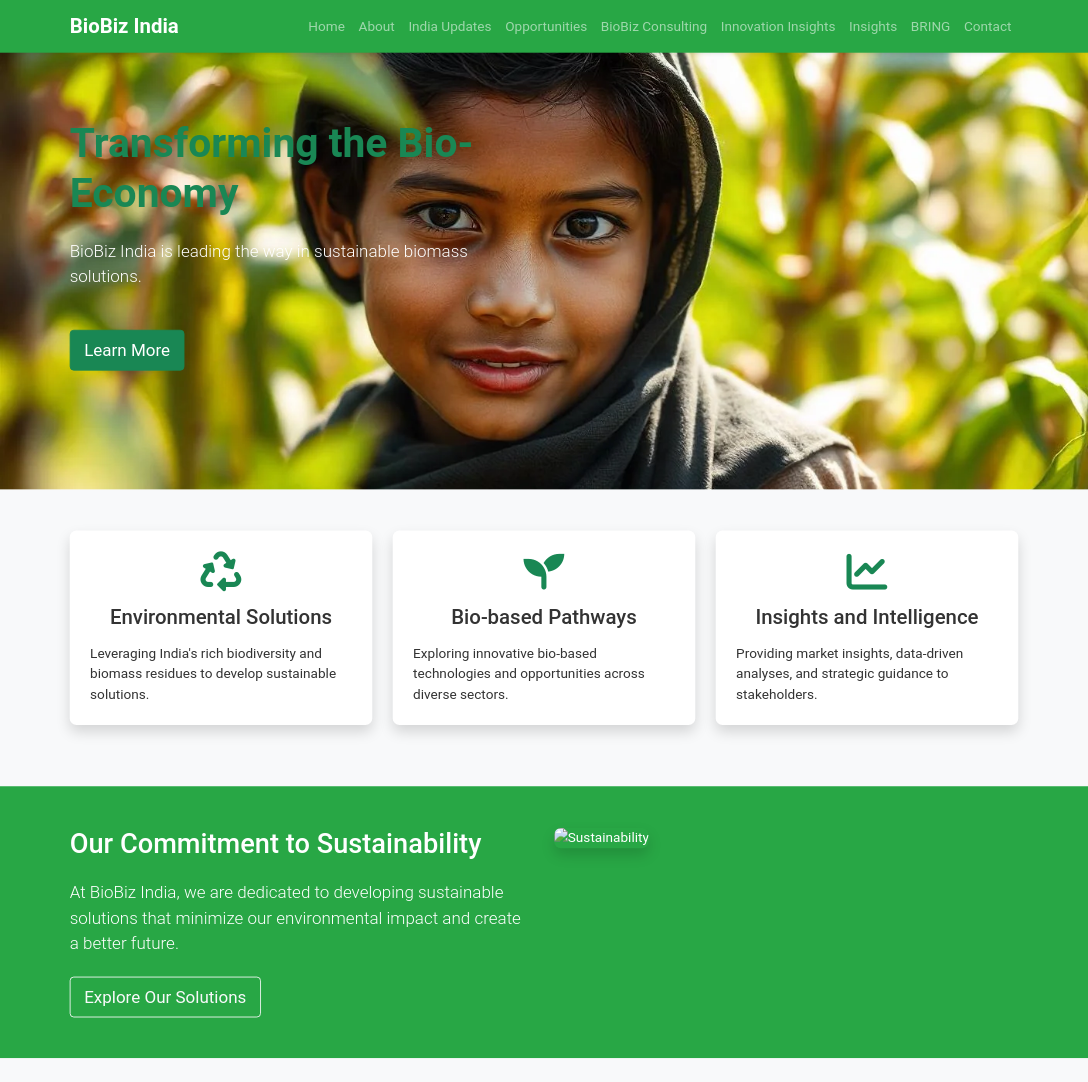
Repository: abhijeets54/biobiz
Page: biobiz.html
These files come from the project's save history. The page is drawn as it stood at one moment and after the next save; the edit follows.
The browser window is 1280 px wide. The pictures show the part of the page from y = 0 to 1273 px (the page is 3267 px tall before and 3316 px after), at 85% of full size.
A picture or video elsewhere on the page could not be fetched, so the positions and the page height are approximate.

Above is the page before, as saved 2024-12-17 14:20:15.

### biobiz.html
<!DOCTYPE html>
<html lang="en">
<head>
  <meta charset="UTF-8">
  <meta name="viewport" content="width=device-width, initial-scale=1.0">
  <title>BioBiz India</title>
  <link href="https://cdn.jsdelivr.net/npm/bootstrap@5.1.3/dist/css/bootstrap.min.css" rel="stylesheet">
  <link rel="stylesheet" href="https://cdnjs.cloudflare.com/ajax/libs/font-awesome/6.0.0/css/all.min.css">
  <link rel="stylesheet" href="styles.css">
</head>
<body>
  <header>
    <nav class="navbar navbar-expand-lg navbar-dark bg-success fixed-top">
      <div class="container">
        <a class="navbar-brand" href="#">BioBiz India</a>
        <button class="navbar-toggler" type="button" data-bs-toggle="collapse" data-bs-target="#navbarNav" aria-controls="navbarNav" aria-expanded="false" aria-label="Toggle navigation">
          <span class="navbar-toggler-icon"></span>
        </button>
        <div class="collapse navbar-collapse" id="navbarNav">
          <ul class="navbar-nav ms-auto">
            <li class="nav-item">
              <a class="nav-link" href="#">Home</a>
            </li>
            <li class="nav-item">
              <a class="nav-link" href="#">About</a>
            </li>
            <li class="nav-item">
              <a class="nav-link" href="#">India Updates</a>
            </li>
            <li class="nav-item">
              <a class="nav-link" href="#">Opportunities</a>
            </li>
            <li class="nav-item">
              <a class="nav-link" href="#">BioBiz Consulting</a>
            </li>
            <li class="nav-item">
              <a class="nav-link" href="#">Innovation Insights</a>
            </li>
            <li class="nav-item">
              <a class="nav-link" href="#">Insights</a>
            </li>
            <li class="nav-item">
              <a class="nav-link" href="#">BRING</a>
            </li>
            <li class="nav-item">
              <a class="nav-link" href="#">Contact</a>
            </li>
          </ul>
        </div>
      </div>
    </nav>
  </header>

  <main>
    <section class="hero d-flex align-items-center">
      <div class="container">
        <div class="row align-items-center">
          <div class="col-lg-6">
            <h1 class="display-4 fw-bold mb-4 text-success">Transforming the Bio-Economy</h1>
            <p class="lead mb-5 text-white">BioBiz India is leading the way in sustainable biomass solutions.</p>
            <a href="#" class="btn btn-success btn-lg">Learn More</a>
          </div>
          <div class="col-lg-6">

          </div>
        </div>
      </div>
    </section>

    <section class="features py-5 bg-light">
      <div class="container">
        <div class="row">
          <div class="col-md-4 mb-4">
            <div class="feature-card h-100 d-flex flex-column align-items-center justify-content-center p-4 rounded-3 shadow">
              <i class="fas fa-recycle fa-3x mb-3 text-success"></i>
              <h3 class="h4 mb-3">Environmental Solutions</h3>
              <p class="mb-0">Leveraging India's rich biodiversity and biomass residues to develop sustainable solutions.</p>
            </div>
          </div>
          <div class="col-md-4 mb-4">
            <div class="feature-card h-100 d-flex flex-column align-items-center justify-content-center p-4 rounded-3 shadow">
              <i class="fas fa-seedling fa-3x mb-3 text-success"></i>
              <h3 class="h4 mb-3">Bio-based Pathways</h3>
              <p class="mb-0">Exploring innovative bio-based technologies and opportunities across diverse sectors.</p>
            </div>
          </div>
          <div class="col-md-4 mb-4">
            <div class="feature-card h-100 d-flex flex-column align-items-center justify-content-center p-4 rounded-3 shadow">
              <i class="fas fa-chart-line fa-3x mb-3 text-success"></i>
              <h3 class="h4 mb-3">Insights and Intelligence</h3>
              <p class="mb-0">Providing market insights, data-driven analyses, and strategic guidance to stakeholders.</p>
            </div>
          </div>
        </div>
      </div>
    </section>

    <section class="bg-success py-5 text-white">
      <div class="container">
        <div class="row">
          <div class="col-lg-6 mb-5 mb-lg-0">
            <h2 class="mb-4">Our Commitment to Sustainability</h2>
            <p class="lead mb-4">At BioBiz India, we are dedicated to developing sustainable solutions that minimize our environmental impact and create a better future.</p>
            <a href="#" class="btn btn-outline-light btn-lg">Explore Our Solutions</a>
          </div>
          <div class="col-lg-6">
            <img src="" alt="Sustainability" class="img-fluid rounded-3 shadow">
          </div>
        </div>
      </div>
    </section>

    <section class="py-5 bg-light">
      <div class="container">
        <div class="row">
          <div class="col-lg-6 mb-5 mb-lg-0">
            <img src="innovation-image.jpg" alt="Innovation" class="img-fluid rounded-3 shadow">
          </div>
          <div class="col-lg-6">
            <h2 class="mb-4 text-success">Driving Innovation in the Bio-Economy</h2>
            <p class="lead mb-4">Our team of experts is constantly exploring new technologies and business models to drive the adoption of sustainable bio-based solutions.</p>
            <a href="#" class="btn btn-success btn-lg">Learn About Our Innovations</a>
          </div>
        </div>
      </div>
    </section>

    <section class="bg-light py-5">
      <div class="container">
        <div class="row">
          <div class="col-12 text-center mb-4">
            <h2 class="text-success">India Updates</h2>
            <p class="lead">Discover the latest news and developments in India's bio-economy</p>
          </div>
          <div class="col-md-4 mb-4">
            <div class="card h-100 shadow">
              <img src="india-update-1.jpg" class="card-img-top" alt="India Update 1">
              <div class="card-body">
                <h5 class="card-title text-success">India's First Green Hydrogen Fuel Station Built by Amara Raja Infra in Leh</h5>
                <p class="card-text">The station is a significant step towards India's goal of producing 5 million tonnes of green hydrogen by 2030.</p>
              </div>
            </div>
          </div>
          <div class="col-md-4 mb-4">
            <div class="card h-100 shadow">
              <img src="india-update-2.jpg" class="card-img-top" alt="India Update 2">
              <div class="card-body">
                <h5 class="card-title text-success">Waste Disposal Plant in Rudrapur to Support Circular Economy</h5>
                <p class="card-text">The new plant will help divert waste from landfills and convert it into valuable resources.</p>
              </div>
            </div>
          </div>
          <div class="col-md-4 mb-4">
            <div class="card h-100 shadow">
              <img src="india-update-3.jpg" class="card-img-top" alt="India Update 3">
              <div class="card-body">
                <h5 class="card-title text-success">Green Hydrogen: TKIL Partners with Sohytec</h5>
                <p class="card-text">The collaboration aims to develop green hydrogen solutions for sustainable energy applications.</p>
              </div>
            </div>
          </div>
        </div>
      </div>
    </section>

    <section class="py-5 bg-white">
      <div class="container">
        <div class="row">
          <div class="col-12 text-center mb-4">
            <h2 class="text-success">Opportunities</h2>
            <p class="lead">Explore the latest business opportunities in India's bio-economy</p>
          </div>
          <div class="col-md-4 mb-4">
            <div class="card h-100 shadow">
              <div class="card-body">
                <h5 class="card-title text-success">Biobutanol Production</h5>
                <p class="card-text">Godavari Biorefineries partners with Catalyxx to produce biobutanol, a sustainable biofuel.</p>
                <a href="#" class="btn btn-success">Learn More</a>
              </div>
            </div>
          </div>
          <div class="col-md-4 mb-4">
            <div class="card h-100 shadow">
              <div class="card-body">
                <h5 class="card-title text-success">Compressed Biogas Plants</h5>
                <p class="card-text">Cow dung-based compressed biogas plants are being set up in Uttar Pradesh.</p>
                <a href="#" class="btn btn-success">Learn More</a>
              </div>
            </div>
          </div>
          <div class="col-md-4 mb-4">
            <div class="card h-100 shadow">
              <div class="card-body">
                <h5 class="card-title text-success">Green Hydrogen for Steel</h5>
                <p class="card-text">SAIL and John Cockerill India collaborate to develop green hydrogen solutions for steel production.</p>
                <a href="#" class="btn btn-success">Learn More</a>
              </div>
            </div>
          </div>
        </div>
      </div>
    </section>

    <section class="bg-light py-5">
      <div class="container">
        <div class="row">
          <div class="col-12 text-center mb-4">
            <h2 class="text-success">BioBiz Consulting</h2>
            <p class="lead">Our team of experts provides strategic guidance and market intelligence</p>
          </div>
          <div class="col-md-4 mb-4">
            <div class="card h-100 shadow">
              <div class="card-body d-flex flex-column">
                <h5 class="card-title text-success">Opportunities</h5>
                <p class="card-text flex-grow-1">We identify and analyze the latest business opportunities in India's bio-economy.</p>
                <a href="#" class="btn btn-success">Explore Opportunities</a>
              </div>
            </div>
          </div>
          <div class="col-md-4 mb-4">
            <div class="card h-100 shadow">
              <div class="card-body d-flex flex-column">
                <h5 class="card-title text-success">Consulting</h5>
                <p class="card-text flex-grow-1">Our team provides strategic guidance and data-driven analyses to help clients make informed decisions.</p>
                <a href="#" class="btn btn-success">Learn About Consulting</a>
              </div>
            </div>
          </div>
          <div class="col-md-4 mb-4">
            <div class="card h-100 shadow">
              <div class="card-body d-flex flex-column">
                <h5 class="card-title text-success">Insights</h5>
                <p class="card-text flex-grow-1">We offer market insights, technology trends, and industry intelligence to our clients.</p>
                <a href="#" class="btn btn-success">Explore Insights</a>
              </div>
            </div>
          </div>
        </div>
      </div>
    </section>

  </main>

  <footer class="bg-dark text-white py-4">
    <div class="container">
      <div class="row">
        <div class="col-md-6">
          <p>&copy; BioBiz India</p>
        </div>
        <div class="col-md-6 text-md-end">
          <ul class="list-inline mb-0">
            <li class="list-inline-item"><a href="#" class="text-white">Privacy Policy</a></li>
            <li class="list-inline-item"><a href="#" class="text-white">Terms of Service</a></li>
          </ul>
        </div>
      </div>
    </div>
  </footer>

  <script src="https://cdn.jsdelivr.net/npm/bootstrap@5.1.3/dist/js/bootstrap.bundle.min.js"></script>
</body>
</html>

### styles.css
/* Global Styles */
body {
    font-family: 'Roboto', sans-serif;
    color: #333;
  }

  /* Header Styles */
  .navbar {
    box-shadow: 0 2px 5px rgba(0, 0, 0, 0.1);
  }

  .navbar-brand {
    font-size: 1.5rem;
    font-weight: bold;
  }

  /* Hero Section Styles */
  .hero {
    background-image: url(biobiz\ \(1\).webp);
    background-size: cover;
    background-position: center;
    min-height: 80vh;
    color: #fff;
  }

  .hero h1 {
    font-size: 3rem;
    font-weight: bold;
  }

  .hero p {
    font-size: 1.25rem;
  }

  /* Features Section Styles */
  .features {
    background-color: #f8f9fa;
  }

  .feature-card {
    background-color: #fff;
    transition: transform 0.3s ease-in-out;
  }

  .feature-card:hover {
    transform: translateY(-5px);
  }

  /* Sustainability, Innovation, and Updates Sections */
  .bg-success {
    background-color: #28a745 !important;
  }

  .bg-light {
    background-color: #f8f9fa !important;
  }

  .rounded-3 {
    border-radius: 0.5rem !important;
  }

  .shadow {
    box-shadow: 0 0.5rem 1rem rgba(0, 0, 0, 0.15) !important;
  }

  .card {
    border: none;
  }

  .card-title {
    font-size: 1.25rem;
    font-weight: bold;
  }

  /* BioBiz Consulting Section */
  .card-body {
    display: flex;
    flex-direction: column;
  }

  .card-text {
    flex-grow: 1;
  }

  /* Footer Styles */
  footer {
    font-size: 0.9rem;
  }

After the next save:
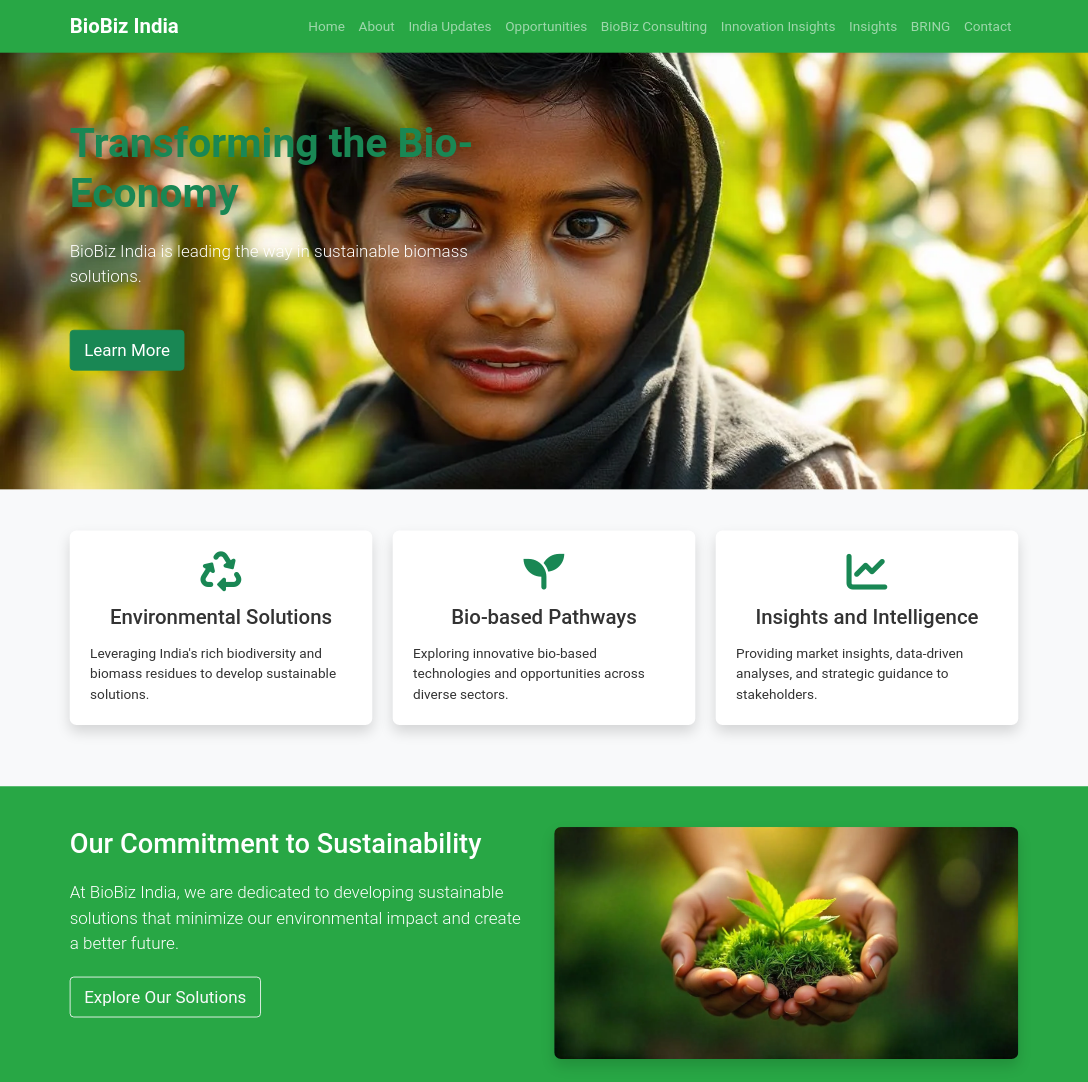
Saved 4 s later.
--- a/biobiz.html
+++ b/biobiz.html
@@ -104,7 +104,7 @@
             <a href="#" class="btn btn-outline-light btn-lg">Explore Our Solutions</a>
           </div>
           <div class="col-lg-6">
-            <img src="" alt="Sustainability" class="img-fluid rounded-3 shadow">
+            <img src="biobiz (2).webp" alt="Sustainability" class="img-fluid rounded-3 shadow">
           </div>
         </div>
       </div>
